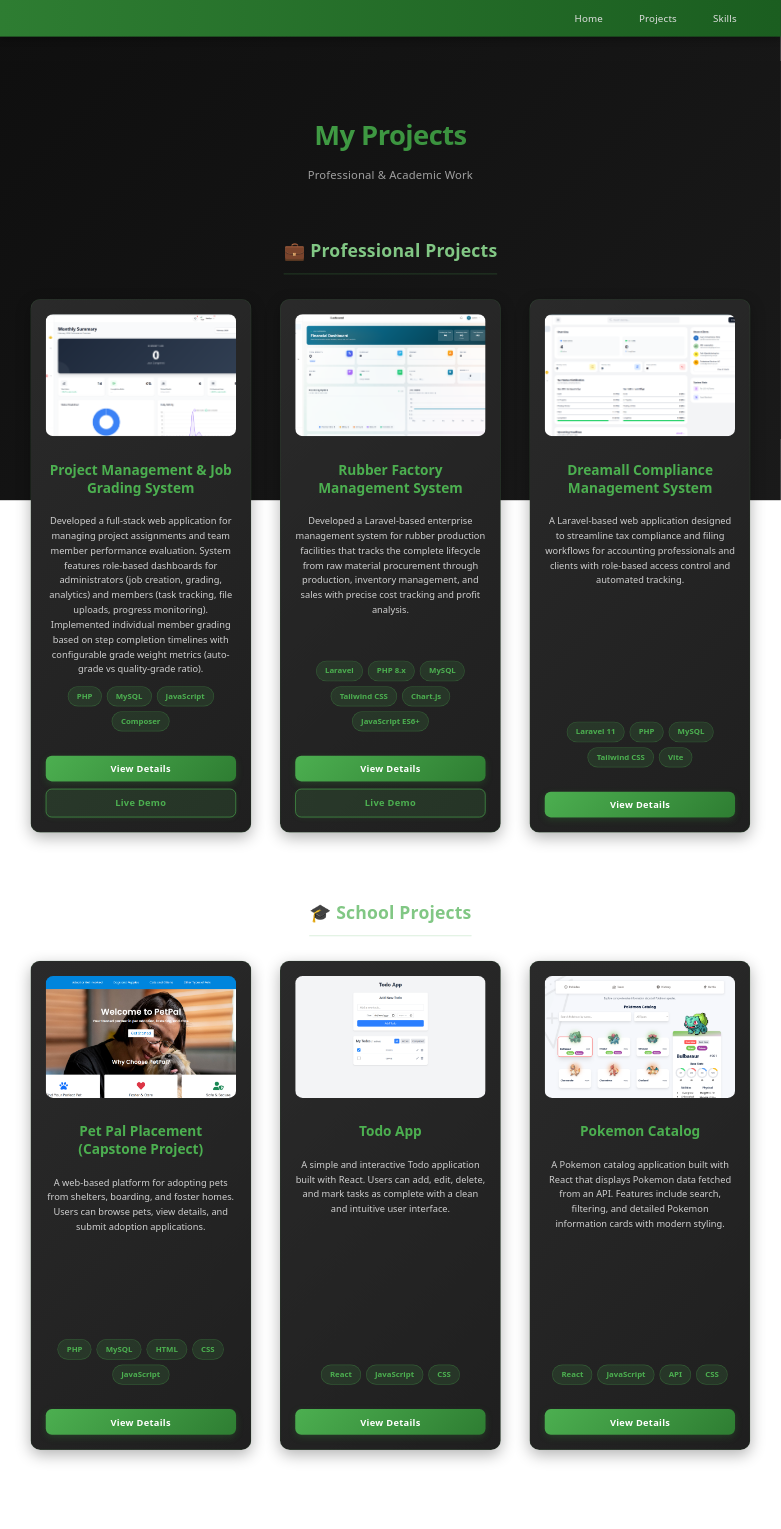
Repository: SAYANA11/portfolio
Page: /Projects
The author's editor kept a copy of each file at every save. The page is drawn from the files as they stood at one save, then again after the next save.
The browser window is 1280 px wide. The pictures show the whole page, at 61% of full size.
The project was rebuilt for these pictures with package versions that can differ from the ones it lists, and the page was loaded fresh each time. Also part of the build but not shown: vite.config.js, src/components/Hero.jsx, src/components/Skills.css, src/components/Skills.jsx.

Above is the page before, as saved 2026-02-17 17:26:19.

### index.html
<!doctype html>
<html lang="en">
  <head>
    <meta charset="UTF-8" />
    <link rel="icon" type="image/svg+xml" href="/vite.svg" />
    <meta name="viewport" content="width=device-width, initial-scale=1.0" />
    <title>Muhammad Husayn Aiyub - Portfolio</title>
  </head>
  <body>
    <div id="root"></div>
    <script type="module" src="/src/main.jsx"></script>
  </body>
</html>

### src/index.css
:root {
  font-family: system-ui, Avenir, Helvetica, Arial, sans-serif;
  line-height: 1.5;
  font-weight: 400;

  color-scheme: light dark;
  color: rgba(255, 255, 255, 0.87);
  background-color: #242424;

  font-synthesis: none;
  text-rendering: optimizeLegibility;
  -webkit-font-smoothing: antialiased;
  -moz-osx-font-smoothing: grayscale;
}
/* Add in index.css or global style file */

a {
  font-weight: 500;
  color: #646cff;
  text-decoration: inherit;
}
a:hover {
  color: #535bf2;
}

html, body, #root {
  height: 100%;
  margin: 0;
  padding: 0;
}

body {
  margin: 0;
  min-width: 320px;
  background: linear-gradient(135deg, #0f0f0f 0%, #1a1a1a 100%);
  min-height: 100vh;
  position: relative;
}

body::before {
  content: '';
  position: fixed;
  top: 0;
  left: 0;
  right: 0;
  bottom: 0;
  background: linear-gradient(135deg, #0f0f0f 0%, #1a1a1a 100%);
  z-index: -1;
}

h1 {
  font-size: 3.2em;
  line-height: 1.1;
}

button {
  border-radius: 8px;
  border: 1px solid transparent;
  padding: 0.6em 1.2em;
  font-size: 1em;
  font-weight: 500;
  font-family: inherit;
  background-color: #1a1a1a;
  cursor: pointer;
  transition: border-color 0.25s;
}
button:hover {
  border-color: #646cff;
}
button:focus,
button:focus-visible {
  outline: 4px auto -webkit-focus-ring-color;
}

@media (prefers-color-scheme: light) {
  :root {
    color: #213547;
    background-color: #ffffff;
  }
  a:hover {
    color: #747bff;
  }
  button {
    background-color: #f9f9f9;
  }
}

### src/App.jsx
import React from "react";
import { BrowserRouter as Router, Routes, Route } from "react-router-dom";
import NavBar from "./components/Navbar";
import Hero from "./components/Hero";
import Projects from "./components/Projects";
import Skills from "./components/Skills";

function App() {
  return (
    <Router>
      <NavBar />
      <Routes>
        <Route path="/" element={<Hero />} />
        <Route path="/Projects" element={<Projects />} />
        <Route path="/Skills" element={<Skills />} />
      </Routes>
    </Router>
  );
}

export default App;

### src/components/Navbar.jsx
import React from "react";
import { Link } from "react-router-dom";
import "./Navbar.css";

const NavBar = () => {
  return (
    <nav className="navbar">
      <ul>
        <li>
          <Link to="/">Home</Link>
        </li>
        <li>
          <Link to="/Projects">Projects</Link>
        </li>
        <li>
          <Link to="/Skills">Skills</Link>
        </li>
      </ul>
    </nav>
  );
};

export default NavBar;

### src/components/Projects.css
/* Projects Container */
.projects-container {
  margin-top: 100px;
  padding: 50px 40px;
  max-width: 1200px;
  margin-left: auto;
  margin-right: auto;
  background: transparent;
  border-radius: 0;
  box-shadow: none;
  text-align: center;
}

.projects-title {
  font-size: 2.8rem;
  font-weight: 700;
  background: linear-gradient(135deg, #4caf50, #2e7d32);
  -webkit-background-clip: text;
  -webkit-text-fill-color: transparent;
  background-clip: text;
  margin-bottom: 8px;
  letter-spacing: -0.02em;
}

.projects-subtitle {
  font-size: 1.15rem;
  color: #a0a0a0;
  margin-bottom: 60px;
  font-weight: 400;
  letter-spacing: 0.3px;
}

/* Projects Section */
.projects-section {
  margin-bottom: 80px;
}

.section-heading {
  font-size: 1.8rem;
  font-weight: 700;
  color: #81c784;
  margin-bottom: 40px;
  letter-spacing: 0.3px;
  padding-bottom: 16px;
  border-bottom: 2px solid rgba(76, 175, 80, 0.2);
  display: inline-block;
  min-width: 200px;
}

/* Projects List */
.projects-list {
  list-style: none;
  padding: 0;
  margin: 0;
  display: grid;
  grid-template-columns: repeat(auto-fit, minmax(320px, 1fr));
  gap: 28px;
  justify-items: center;
}

.project-item {
  flex: 0 1 calc(33.333% - 20px);
  width: 100%;
  max-width: 360px;
  min-height: 800px;
  background: linear-gradient(135deg, #2a2a2a 0%, #1f1f1f 100%);
  border: 1px solid rgba(76, 175, 80, 0.15);
  border-radius: 16px;
  box-shadow: 0 8px 24px rgba(0, 0, 0, 0.3);
  overflow: hidden;
  transition: all 0.3s cubic-bezier(0.4, 0, 0.2, 1);
  display: flex;
  flex-direction: column;
}

.project-item:hover {
  transform: translateY(-8px);
  box-shadow: 0 16px 48px rgba(46, 125, 50, 0.25);
  border-color: rgba(76, 175, 80, 0.4);
}

/* Project Card */
.project-card {
  padding: 24px;
  text-align: center;
  display: flex;
  flex-direction: column;
  height: 100%;
}

.project-image {
  width: 100%;
  height: 200px;
  object-fit: cover;
  border-radius: 12px;
  margin-bottom: 18px;
  transition: transform 0.3s ease;
}

.project-item:hover .project-image {
  transform: scale(1.05);
}

.project-title {
  font-size: 1.4rem;
  font-weight: 700;
  color: #4caf50;
  margin-bottom: 12px;
  line-height: 1.3;
}

.project-description {
  font-size: 0.95rem;
  color: #d0d0d0;
  margin-bottom: 16px;
  line-height: 1.6;
  flex-grow: 1;
}

/* Project Technologies */
.project-technologies {
  display: flex;
  flex-wrap: wrap;
  gap: 8px;
  margin-bottom: 20px;
  justify-content: center;
}

.tech-tag {
  display: inline-block;
  padding: 6px 14px;
  background-color: rgba(76, 175, 80, 0.15);
  color: #4caf50;
  border-radius: 20px;
  font-size: 0.8rem;
  font-weight: 600;
  border: 1px solid rgba(76, 175, 80, 0.3);
  transition: all 0.3s ease;
}

.tech-tag:hover {
  background-color: rgba(76, 175, 80, 0.25);
  border-color: rgba(76, 175, 80, 0.5);
}

/* Buttons Container */
.project-buttons {
  display: flex;
  gap: 12px;
  flex-wrap: wrap;
  justify-content: center;
  margin-top: auto;
  padding-top: 20px;
}

/* Project Button Styles */
.project-button {
  display: inline-flex;
  align-items: center;
  justify-content: center;
  padding: 11px 24px;
  font-size: 0.95rem;
  font-weight: 600;
  text-decoration: none;
  border-radius: 10px;
  transition: all 0.3s cubic-bezier(0.4, 0, 0.2, 1);
  border: none;
  cursor: pointer;
  letter-spacing: 0.5px;
  flex: 1;
  min-width: 140px;
}

.project-button-primary {
  background: linear-gradient(135deg, #4caf50, #2e7d32);
  color: #ffffff;
  box-shadow: 0 4px 12px rgba(46, 125, 50, 0.3);
}

.project-button-primary:hover {
  transform: translateY(-3px);
  box-shadow: 0 8px 20px rgba(46, 125, 50, 0.4);
}

.project-button-secondary {
  background: rgba(76, 175, 80, 0.15);
  color: #4caf50;
  border: 1.5px solid #4caf50;
  box-shadow: 0 2px 8px rgba(76, 175, 80, 0.1);
}

.project-button-secondary:hover {
  background: rgba(76, 175, 80, 0.25);
  border-color: #81c784;
  color: #81c784;
  transform: translateY(-2px);
  box-shadow: 0 6px 16px rgba(76, 175, 80, 0.2);
}

/* Responsive Design */
@media (max-width: 1024px) {
  .projects-container {
    padding: 40px 30px;
  }

  .projects-list {
    grid-template-columns: repeat(auto-fit, minmax(280px, 1fr));
    gap: 24px;
  }

  .projects-title {
    font-size: 2.2rem;
  }

  .section-heading {
    font-size: 1.5rem;
  }
}

@media (max-width: 768px) {
  .projects-container {
    margin-top: 80px;
    padding: 30px 20px;
  }

  .projects-list {
    grid-template-columns: 1fr;
    gap: 20px;
  }

  .projects-title {
    font-size: 1.9rem;
  }

  .section-heading {
    font-size: 1.4rem;
    margin-bottom: 30px;
  }

  .project-description {
    font-size: 0.9rem;
  }

  .project-buttons {
    gap: 10px;
  }

  .project-button {
    padding: 10px 18px;
    font-size: 0.9rem;
    min-width: 120px;
    flex: auto;
  }
}

/* Modal Styles */
.modal-overlay {
  position: fixed;
  top: 0;
  left: 0;
  right: 0;
  bottom: 0;
  background-color: rgba(0, 0, 0, 0.6);
  display: flex;
  align-items: center;
  justify-content: center;
  z-index: 1000;
  padding: 20px;
  animation: fadeInOverlay 0.3s ease;
  backdrop-filter: blur(4px);
}

@keyframes fadeInOverlay {
  from {
    opacity: 0;
  }
  to {
    opacity: 1;
  }
}

.modal-content {
  background: linear-gradient(135deg, #2a2a2a 0%, #1f1f1f 100%);
  border: 1px solid rgba(76, 175, 80, 0.25);
  border-radius: 20px;
  max-width: 900px;
  width: 100%;
  max-height: 90vh;
  overflow-y: auto;
  box-shadow: 0 25px 80px rgba(0, 0, 0, 0.6);
  display: flex;
  flex-direction: column;
  animation: slideInModal 0.3s cubic-bezier(0.4, 0, 0.2, 1);
}

@keyframes slideInModal {
  from {
    transform: translateY(-50px);
    opacity: 0;
  }
  to {
    transform: translateY(0);
    opacity: 1;
  }
}

.modal-header {
  padding: 28px 28px 16px;
  display: flex;
  justify-content: space-between;
  align-items: center;
  border-bottom: 1px solid rgba(76, 175, 80, 0.15);
}

.modal-title {
  font-size: 2rem;
  font-weight: 700;
  color: #4caf50;
  margin: 0;
  text-align: left;
  letter-spacing: -0.02em;
}

.modal-close-btn {
  background: none;
  border: none;
  color: #a0a0a0;
  font-size: 1.5rem;
  cursor: pointer;
  transition: color 0.3s ease;
  padding: 0;
  width: 32px;
  height: 32px;
  display: flex;
  align-items: center;
  justify-content: center;
}

.modal-close-btn:hover {
  color: #4caf50;
}

.modal-body {
  padding: 32px 36px;
  flex: 1;
  overflow-y: auto;
}

.modal-image {
  width: 100%;
  height: 350px;
  object-fit: cover;
  border-radius: 14px;
  margin-bottom: 28px;
  border: 1px solid rgba(76, 175, 80, 0.2);
  box-shadow: 0 8px 24px rgba(0, 0, 0, 0.3);
}

.modal-description {
  color: #d0d0d0;
  font-size: 0.95rem;
  line-height: 1.7;
  margin-bottom: 24px;
  text-align: left;
}

.modal-description p {
  margin: 0 0 12px 0;
}

.modal-technologies {
  margin-bottom: 24px;
}

.tech-label {
  font-size: 0.95rem;
  font-weight: 700;
  color: #4caf50;
  margin: 0 0 12px 0;
  text-align: left;
}

.modal-tech-tags {
  display: flex;
  flex-wrap: wrap;
  gap: 10px;
}

.modal-tech-tag {
  display: inline-block;
  padding: 8px 16px;
  background-color: rgba(76, 175, 80, 0.15);
  color: #4caf50;
  border-radius: 20px;
  font-size: 0.85rem;
  font-weight: 600;
  border: 1px solid rgba(76, 175, 80, 0.3);
  transition: all 0.3s ease;
}

.modal-tech-tag:hover {
  background-color: rgba(76, 175, 80, 0.25);
  border-color: rgba(76, 175, 80, 0.5);
}

.modal-footer {
  padding: 20px 28px;
  border-top: 1px solid rgba(76, 175, 80, 0.15);
  display: flex;
  gap: 12px;
  flex-wrap: wrap;
}

.modal-button {
  flex: 1;
  padding: 12px 20px;
  background: linear-gradient(135deg, #4caf50, #2e7d32);
  color: #ffffff;
  text-decoration: none;
  border: none;
  border-radius: 10px;
  font-size: 0.95rem;
  font-weight: 600;
  cursor: pointer;
  transition: all 0.3s cubic-bezier(0.4, 0, 0.2, 1);
  display: flex;
  align-items: center;
  justify-content: center;
  box-shadow: 0 4px 12px rgba(46, 125, 50, 0.3);
  letter-spacing: 0.5px;
}

.modal-button:hover {
  transform: translateY(-2px);
  box-shadow: 0 6px 16px rgba(46, 125, 50, 0.4);
}

.modal-button-close {
  background: rgba(76, 175, 80, 0.15);
  color: #4caf50;
  border: 1.5px solid #4caf50;
  box-shadow: 0 2px 8px rgba(76, 175, 80, 0.1);
}

.modal-button-close:hover {
  background: rgba(76, 175, 80, 0.25);
  border-color: #81c784;
  color: #81c784;
}
  color: #4caf50;
  margin: 0;
  line-height: 1.3;
  flex: 1;
}

.modal-close-btn {
  background: none;
  border: none;
  font-size: 2rem;
  color: #a0a0a0;
  cursor: pointer;
  transition: color 0.3s ease;
  padding: 0;
  width: 40px;
  height: 40px;
  display: flex;
  align-items: center;
  justify-content: center;
  border-radius: 8px;
  margin-left: 16px;
}

.modal-close-btn:hover {
  color: #4caf50;
  background-color: rgba(76, 175, 80, 0.1);
}

.modal-body {
  padding: 24px 28px;
  flex: 1;
}

.modal-image {
  width: 100%;
  height: 300px;
  object-fit: cover;
  border-radius: 12px;
  margin-bottom: 20px;
  border: 1px solid rgba(76, 175, 80, 0.15);
}

.modal-description {
  font-size: 1rem;
  color: #d0d0d0;
  line-height: 1.8;
  margin-bottom: 24px;
  letter-spacing: 0.3px;
}

.modal-description p {
  margin-bottom: 12px;
  font-size: 0.95rem;
  color: #d0d0d0;
  line-height: 1.7;
  letter-spacing: 0.2px;
}

.modal-description p:last-child {
  margin-bottom: 0;
}

.modal-technologies {
  margin-bottom: 20px;
}

.tech-label {
  font-size: 1rem;
  font-weight: 700;
  color: #4caf50;
  margin: 0 0 12px 0;
  letter-spacing: 0.5px;
}

.modal-tech-tags {
  display: flex;
  flex-wrap: wrap;
  gap: 10px;
}

.modal-tech-tag {
  display: inline-block;
  padding: 8px 16px;
  background-color: rgba(76, 175, 80, 0.15);
  color: #4caf50;
  border-radius: 20px;
  font-size: 0.85rem;
  font-weight: 600;
  border: 1px solid rgba(76, 175, 80, 0.3);
  transition: all 0.3s ease;
}

.modal-tech-tag:hover {
  background-color: rgba(76, 175, 80, 0.25);
  border-color: rgba(76, 175, 80, 0.5);
}

.modal-footer {
  padding: 20px 28px 28px;
  border-top: 1px solid rgba(76, 175, 80, 0.15);
  display: flex;
  gap: 12px;
}

.modal-button {
  flex: 1;
  padding: 14px 28px;
  background: linear-gradient(135deg, #4caf50, #2e7d32);
  color: #ffffff;
  font-size: 1rem;
  font-weight: 700;
  text-decoration: none;
  border-radius: 8px;
  border: none;
  cursor: pointer;
  transition: all 0.3s cubic-bezier(0.4, 0, 0.2, 1);
  box-shadow: 0 4px 12px rgba(46, 125, 50, 0.3);
  text-align: center;
  letter-spacing: 0.5px;
}

.modal-button:hover {
  transform: translateY(-2px);
  box-shadow: 0 8px 20px rgba(46, 125, 50, 0.4);
  background: linear-gradient(135deg, #5bc45e, #3da140);
}

/* Modal Responsive Design */
@media (max-width: 768px) {
  .modal-content {
    max-width: 95%;
    border-radius: 12px;
  }

  .modal-header {
    padding: 20px 20px 12px;
  }

  .modal-title {
    font-size: 1.5rem;
  }

  .modal-body {
    padding: 18px 20px;
  }

  .modal-image {
    height: 240px;
    margin-bottom: 16px;
  }

  .modal-description {
    font-size: 0.95rem;
  }

  .modal-footer {
    padding: 16px 20px 20px;
  }

  .modal-button {
    padding: 12px 20px;
    font-size: 0.95rem;
  }
}

@media (max-width: 480px) {
  .projects-container {
    margin-top: 70px;
    padding: 20px 15px;
  }

  .projects-title {
    font-size: 1.6rem;
  }

  .projects-subtitle {
    font-size: 1rem;
  }

  .project-card {
    padding: 18px;
  }

  .project-image {
    height: 160px;
    margin-bottom: 12px;
  }

  .project-title {
    font-size: 1.15rem;
  }

  .project-description {
    font-size: 0.85rem;
  }

  .tech-tag {
    font-size: 0.75rem;
    padding: 5px 10px;
  }

  .modal-overlay {
    padding: 10px;
  }

  .modal-content {
    max-width: 100%;
    max-height: 95vh;
  }

  .modal-header {
    padding: 16px;
  }

  .modal-title {
    font-size: 1.3rem;
  }

  .modal-close-btn {
    font-size: 1.8rem;
    width: 36px;
    height: 36px;
  }

  .modal-body {
    padding: 16px;
  }

  .modal-image {
    height: 200px;
    margin-bottom: 14px;
  }

  .modal-description {
    font-size: 0.9rem;
    line-height: 1.6;
  }

  .tech-label {
    font-size: 0.95rem;
  }

  .modal-tech-tag {
    font-size: 0.75rem;
    padding: 6px 12px;
  }

  .modal-footer {
    padding: 14px 16px 16px;
    flex-direction: column;
  }

  .modal-button {
    padding: 12px 20px;
    font-size: 0.9rem;
  }
}

Loaded but not shown: src/main.jsx (common file); src/components/Projects.jsx (191 lines, source omitted); src/components/Hero.css (512 lines, source omitted); src/components/Navbar.css (74 lines, source omitted)

After the next save:
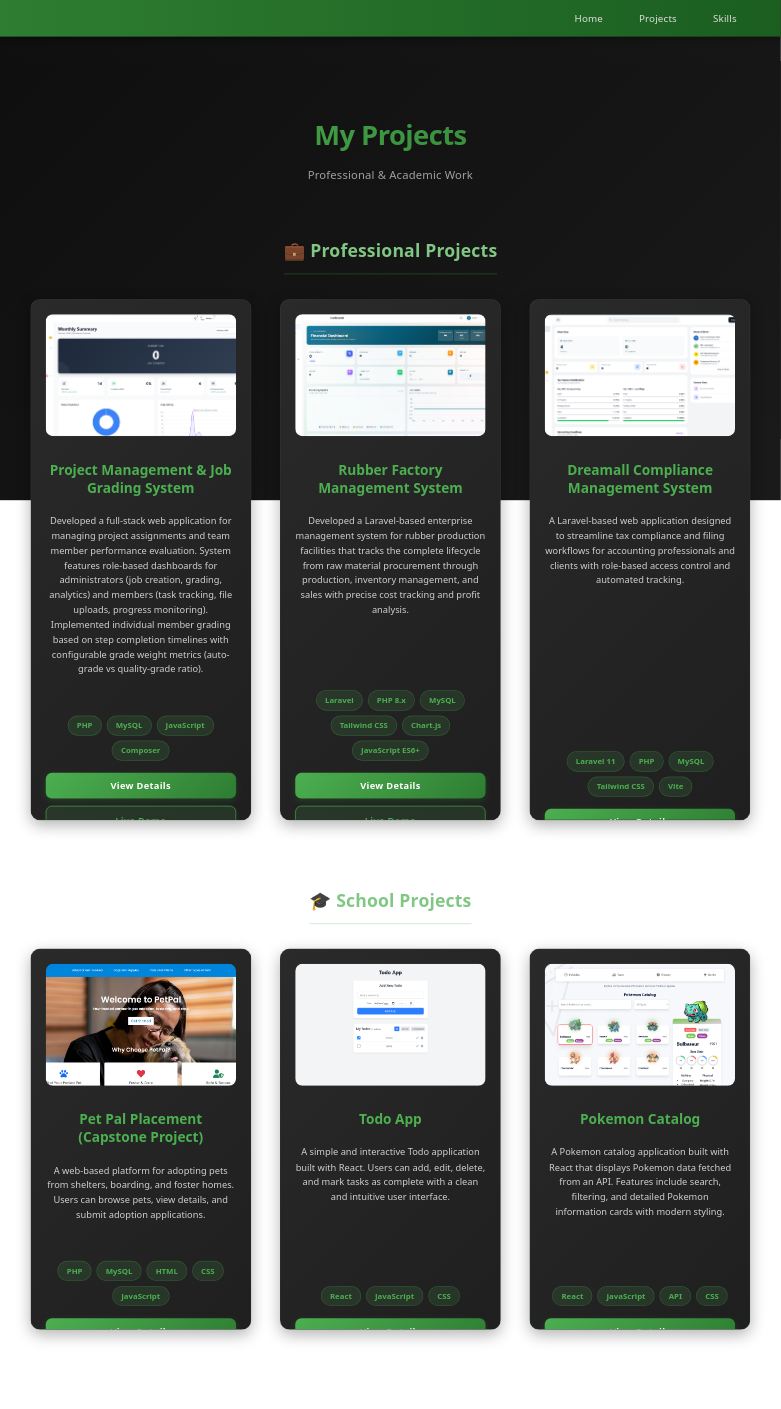
Saved 57 s later.
--- a/src/components/Projects.css
+++ b/src/components/Projects.css
@@ -62,15 +62,12 @@
   flex: 0 1 calc(33.333% - 20px);
   width: 100%;
   max-width: 360px;
-  min-height: 800px;
   background: linear-gradient(135deg, #2a2a2a 0%, #1f1f1f 100%);
   border: 1px solid rgba(76, 175, 80, 0.15);
   border-radius: 16px;
   box-shadow: 0 8px 24px rgba(0, 0, 0, 0.3);
   overflow: hidden;
   transition: all 0.3s cubic-bezier(0.4, 0, 0.2, 1);
-  display: flex;
-  flex-direction: column;
 }
 
 .project-item:hover {
@@ -149,8 +146,6 @@
   gap: 12px;
   flex-wrap: wrap;
   justify-content: center;
-  margin-top: auto;
-  padding-top: 20px;
 }
 
 /* Project Button Styles */
@@ -281,13 +276,13 @@
 
 .modal-content {
   background: linear-gradient(135deg, #2a2a2a 0%, #1f1f1f 100%);
-  border: 1px solid rgba(76, 175, 80, 0.25);
-  border-radius: 20px;
-  max-width: 900px;
+  border: 1px solid rgba(76, 175, 80, 0.15);
+  border-radius: 16px;
+  max-width: 600px;
   width: 100%;
   max-height: 90vh;
   overflow-y: auto;
-  box-shadow: 0 25px 80px rgba(0, 0, 0, 0.6);
+  box-shadow: 0 20px 60px rgba(0, 0, 0, 0.5);
   display: flex;
   flex-direction: column;
   animation: slideInModal 0.3s cubic-bezier(0.4, 0, 0.2, 1);
@@ -313,12 +308,11 @@
 }
 
 .modal-title {
-  font-size: 2rem;
+  font-size: 1.8rem;
   font-weight: 700;
   color: #4caf50;
   margin: 0;
   text-align: left;
-  letter-spacing: -0.02em;
 }
 
 .modal-close-btn {
@@ -341,19 +335,17 @@
 }
 
 .modal-body {
-  padding: 32px 36px;
+  padding: 28px;
   flex: 1;
   overflow-y: auto;
 }
 
 .modal-image {
   width: 100%;
-  height: 350px;
+  height: 280px;
   object-fit: cover;
-  border-radius: 14px;
-  margin-bottom: 28px;
-  border: 1px solid rgba(76, 175, 80, 0.2);
-  box-shadow: 0 8px 24px rgba(0, 0, 0, 0.3);
+  border-radius: 12px;
+  margin-bottom: 20px;
 }
 
 .modal-description {

After the save that followed:
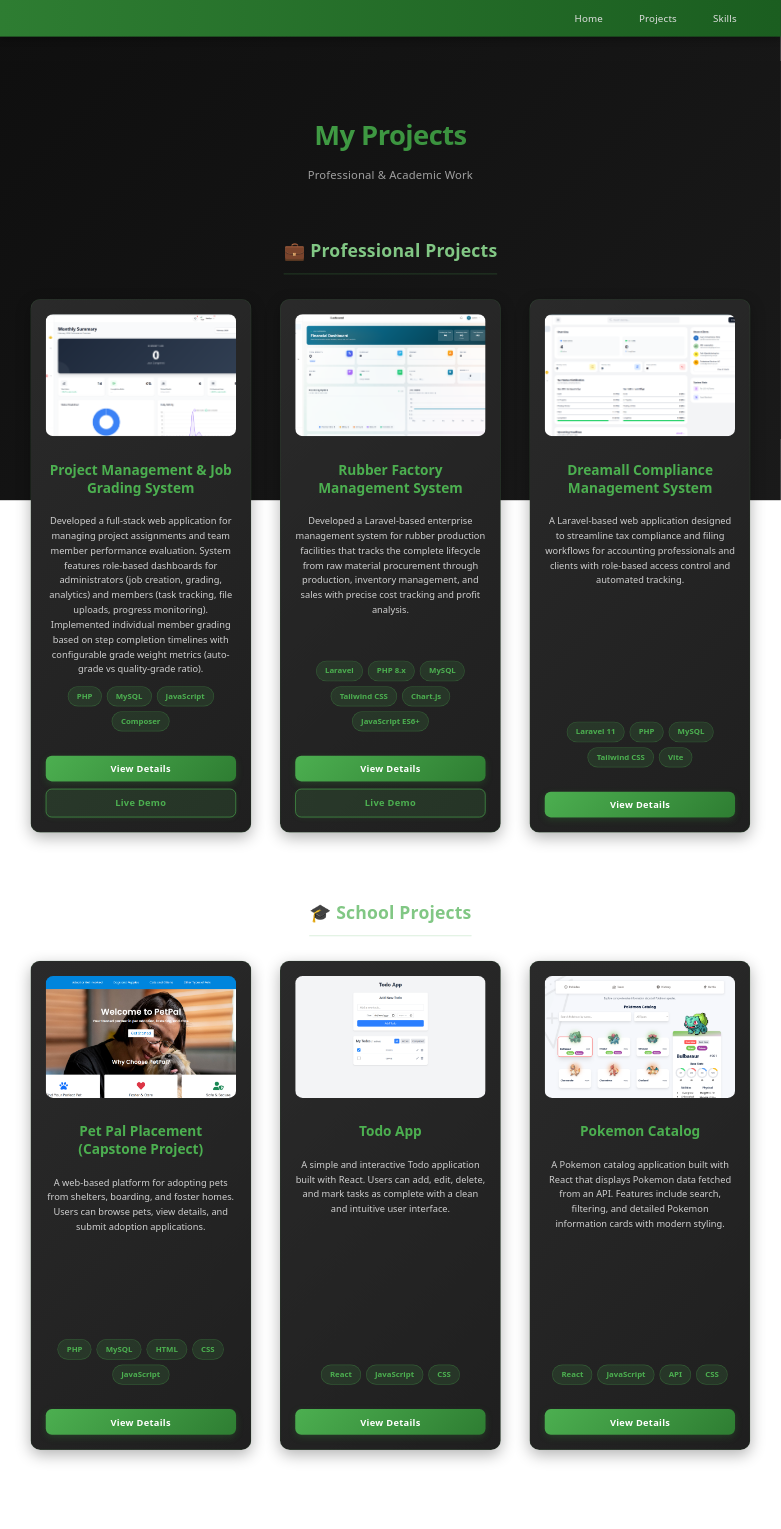
Saved 16 s later.
--- a/src/components/Projects.css
+++ b/src/components/Projects.css
@@ -62,12 +62,15 @@
   flex: 0 1 calc(33.333% - 20px);
   width: 100%;
   max-width: 360px;
+  min-height: 800px;
   background: linear-gradient(135deg, #2a2a2a 0%, #1f1f1f 100%);
   border: 1px solid rgba(76, 175, 80, 0.15);
   border-radius: 16px;
   box-shadow: 0 8px 24px rgba(0, 0, 0, 0.3);
   overflow: hidden;
   transition: all 0.3s cubic-bezier(0.4, 0, 0.2, 1);
+  display: flex;
+  flex-direction: column;
 }
 
 .project-item:hover {
@@ -146,6 +149,8 @@
   gap: 12px;
   flex-wrap: wrap;
   justify-content: center;
+  margin-top: auto;
+  padding-top: 20px;
 }
 
 /* Project Button Styles */
@@ -276,13 +281,13 @@
 
 .modal-content {
   background: linear-gradient(135deg, #2a2a2a 0%, #1f1f1f 100%);
-  border: 1px solid rgba(76, 175, 80, 0.15);
-  border-radius: 16px;
-  max-width: 600px;
+  border: 1px solid rgba(76, 175, 80, 0.25);
+  border-radius: 20px;
+  max-width: 900px;
   width: 100%;
   max-height: 90vh;
   overflow-y: auto;
-  box-shadow: 0 20px 60px rgba(0, 0, 0, 0.5);
+  box-shadow: 0 25px 80px rgba(0, 0, 0, 0.6);
   display: flex;
   flex-direction: column;
   animation: slideInModal 0.3s cubic-bezier(0.4, 0, 0.2, 1);
@@ -308,11 +313,12 @@
 }
 
 .modal-title {
-  font-size: 1.8rem;
+  font-size: 2rem;
   font-weight: 700;
   color: #4caf50;
   margin: 0;
   text-align: left;
+  letter-spacing: -0.02em;
 }
 
 .modal-close-btn {
@@ -335,17 +341,19 @@
 }
 
 .modal-body {
-  padding: 28px;
+  padding: 32px 36px;
   flex: 1;
   overflow-y: auto;
 }
 
 .modal-image {
   width: 100%;
-  height: 280px;
+  height: 350px;
   object-fit: cover;
-  border-radius: 12px;
-  margin-bottom: 20px;
+  border-radius: 14px;
+  margin-bottom: 28px;
+  border: 1px solid rgba(76, 175, 80, 0.2);
+  box-shadow: 0 8px 24px rgba(0, 0, 0, 0.3);
 }
 
 .modal-description {
